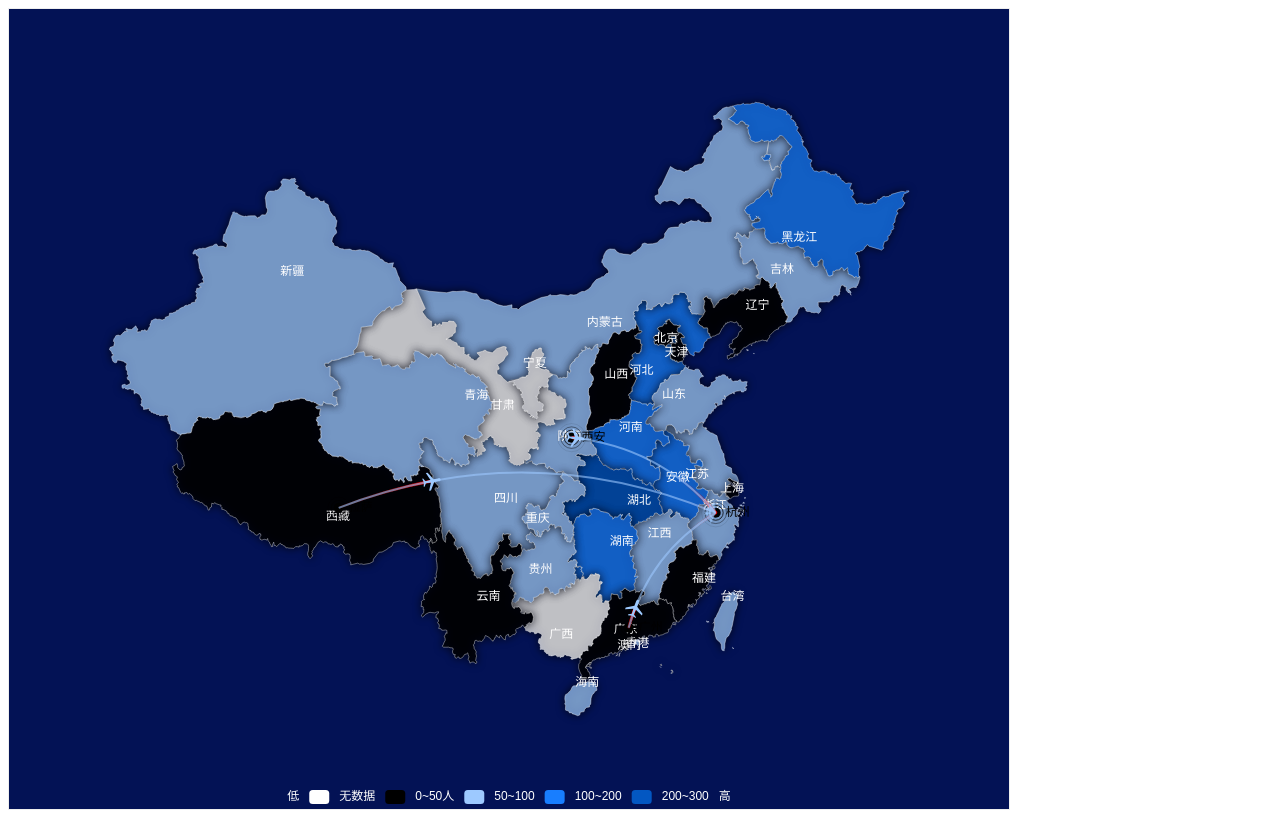
Repository: 572031690/echartssimple
Page: 21.地图常见效果_地图和散点图结合.html
The author's editor kept a copy of each file at every save. The page is drawn from the files as they stood at one save, then again after the next save.
The browser window is 1280 px wide. The pictures show the whole page.

Above is the page before, as saved 2021-08-11 18:09:55.

After the next save:
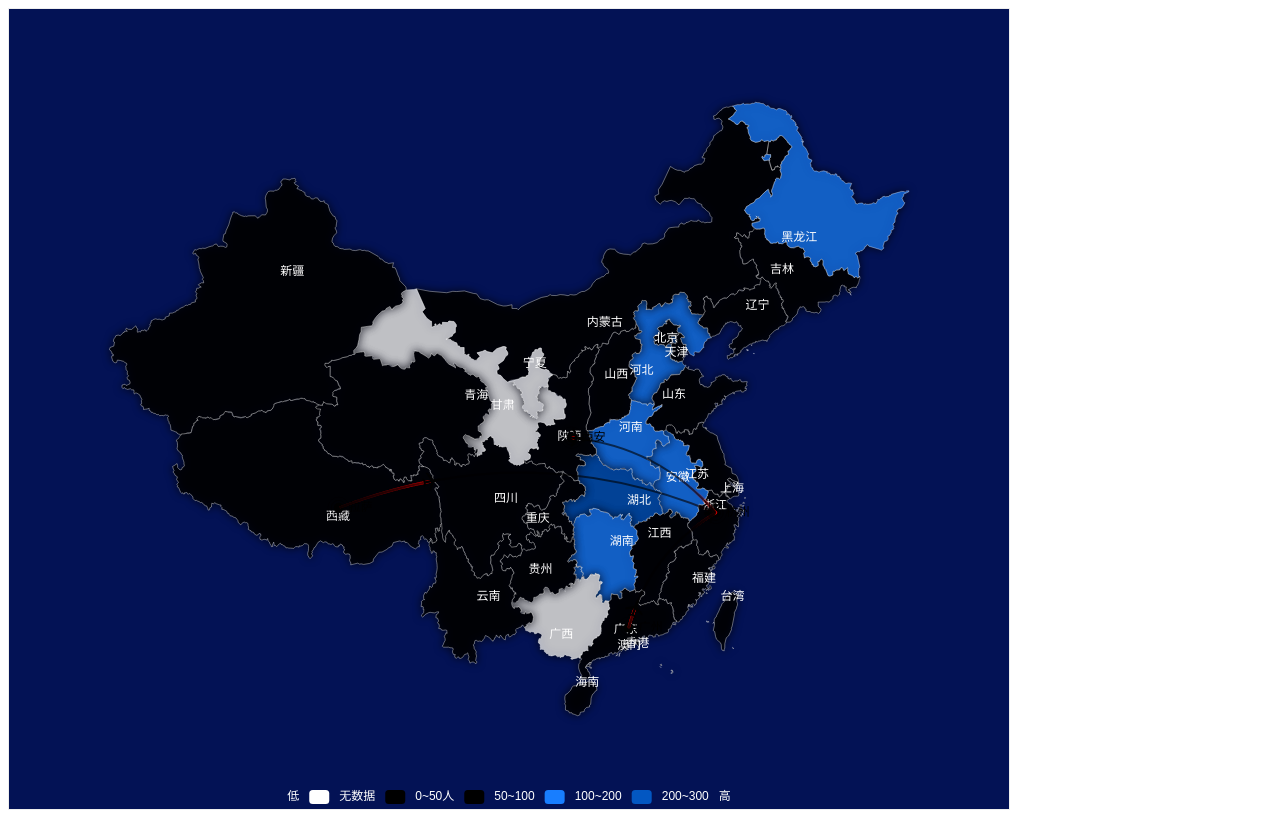
Saved 18 s later.
--- a/21.地图常见效果_地图和散点图结合.html
+++ b/21.地图常见效果_地图和散点图结合.html
@@ -242,7 +242,7 @@
           // 自定义『分段式视觉映射组件（visualMapPiecewise）』的每一段的范围，以及每一段的文字，以及每一段的特别的样式
             { gt: 200, lte: 300, label: "200~300", color: "#0357C2" }, // (500, 900]
             { gt: 100, lte: 200, label: "100~200", color: "#187EFF" }, // (310, 500]
-            { gt: 50, lte: 100, label: "50~100", color: "#9DC9FF" }, // (200, 300]
+            { gt: 50, lte: 100, label: "50~100", color: "black" }, // (200, 300]
             { gt: 0, lte: 50, label: "0~50人", color: "black" }, // (10, 200]
             { value:0, label: "无数据", color: "#fff" } // [0]
           ],
